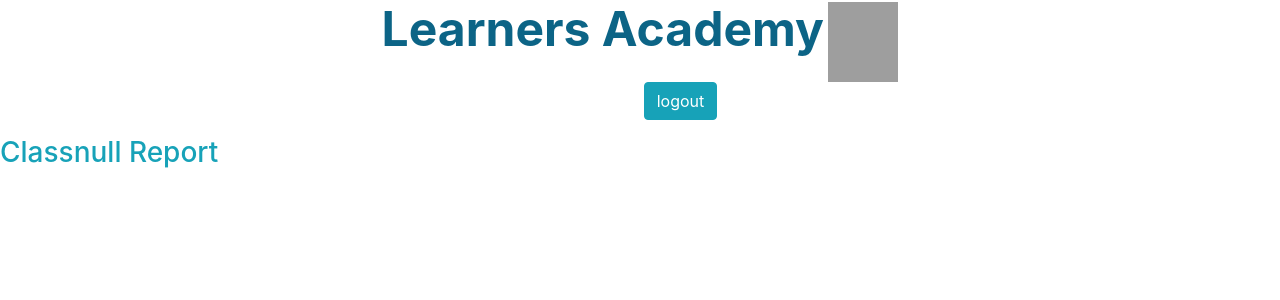
Repository: sindurup/Phase2Project
Page: http://localhost/LearnersAcademyPro/classReport.jsp
These files come from the project's save history. The page is drawn as it stood at one moment and after the next save; the edit follows.
The browser window is 1280 px wide. The pictures show the whole page.
Pictures or frames that could not be fetched are drawn as grey boxes. Some web libraries are served in a nearby version. The page is served by Tomcat 9. Other server files are loaded and not shown.

Above is the page before, as saved 2021-09-29 04:01:24.
Console error: TypeError: Cannot read properties of undefined (reading 'fn')

### LearnersAcademyPro/src/main/webapp/classReport.jsp
<%@ page language="java" contentType="text/html; charset=ISO-8859-1"
    pageEncoding="ISO-8859-1"%>
<!DOCTYPE html>
<html>
<link href="//maxcdn.bootstrapcdn.com/bootstrap/4.1.1/css/bootstrap.min.css" rel="stylesheet" id="bootstrap-css">
<script src="//maxcdn.bootstrapcdn.com/bootstrap/4.1.1/js/bootstrap.min.js"></script>
<script src="//cdnjs.cloudflare.com/ajax/libs/jquery/3.2.1/jquery.min.js"></script>
<head>
<meta charset="ISO-8859-1">
<title>Learners Academy</title>

</head>
<body>

<div align="center"><label ><h1 class="text-center text-info"><font color="0C6486" size="50px"><b>Learners Academy</b></font></h1></label>
 <img src="D:\Phase2Project\LearnersAcademyPro\1.png" style="width:70px;height:80px;" align="middle"></div>
   <div class="form-group" align="center" >
   <form id="logout" class="form" action="logout" method="post">

    &nbsp;&nbsp;&nbsp;&nbsp;&nbsp;&nbsp;&nbsp;&nbsp;&nbsp;&nbsp;&nbsp;&nbsp;&nbsp;&nbsp;&nbsp;&nbsp;&nbsp; <input type="submit" name="submit" class="btn btn-info btn-md" value="logout">
    </form>
                            </div>
    <div id="login">
      <h3 class="text-info">Class<%=request.getParameter("cls") %> Report</h3>

        <div class="container">

            <div id="login-row" class="row justify-content-center align-items-center">
                <div id="login-column" class="col-md-6">
                    <div id="login-box" class="col-md-12">



                     <form id="clsReport" class="form" action=""  name="clsReport" >
                            <h3 class="text-center text-info"></h3>
                            <div class="form-group">

                            </div>

                            <div class="form-group">


                            </div>

                        </form>



                    </div>
                </div>
            </div>
        </div>
    </div>
</body>
</html>

After the next save:
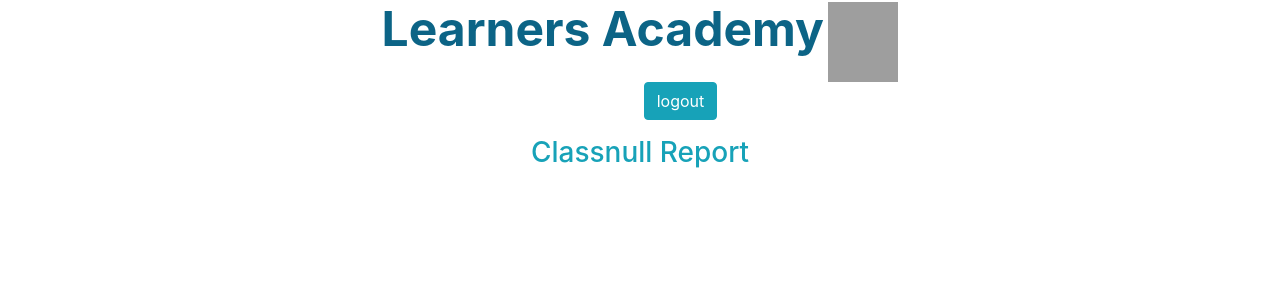
Saved 30 s later.
--- a/LearnersAcademyPro/src/main/webapp/classReport.jsp
+++ b/LearnersAcademyPro/src/main/webapp/classReport.jsp
@@ -21,7 +21,7 @@
     </form>
                             </div>
     <div id="login">
-      <h3 class="text-info">Class<%=request.getParameter("cls") %> Report</h3>
+      <h3 class="text-center text-info">Class<%=request.getParameter("cls") %> Report</h3>
 
         <div class="container">
 
